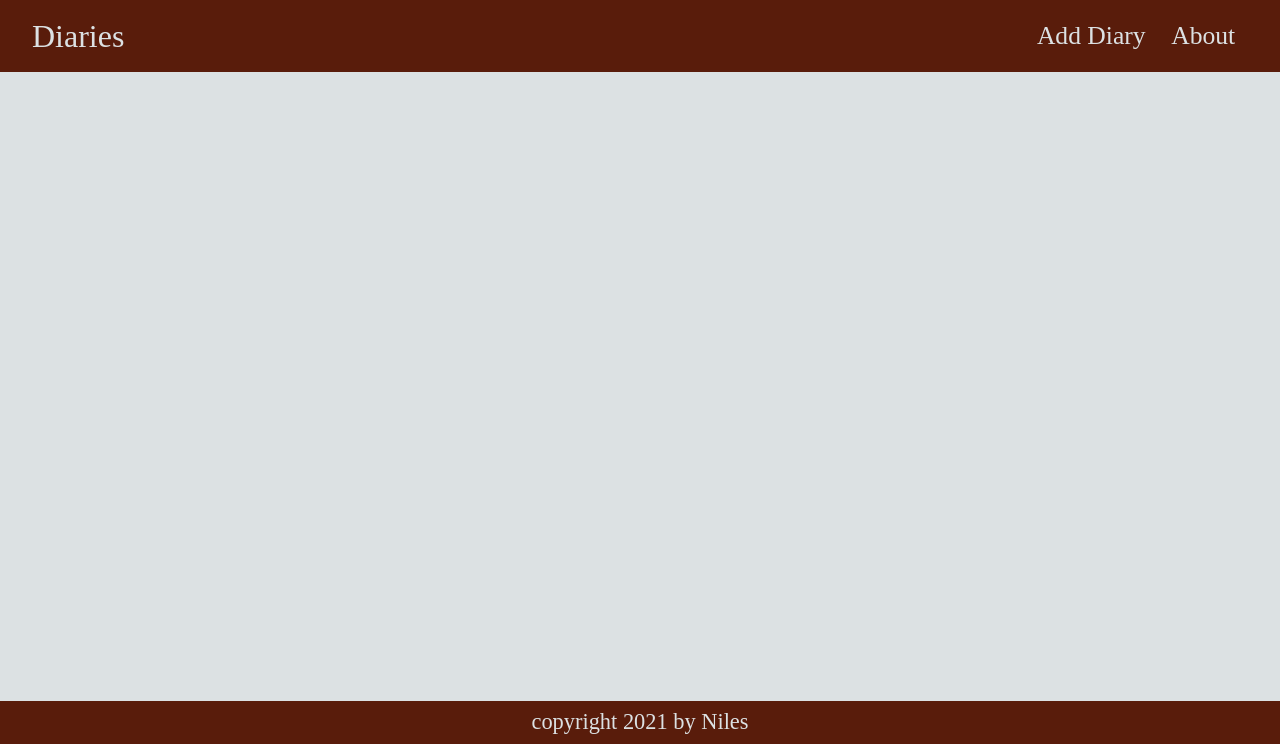
Repository: Tun-Dev/mydiary
Page: /
These files come from the project's save history. The page is drawn as it stood at one moment and after the next save; the edit follows.
The browser window is 1280 px wide. The pictures show the whole page.
The project was rebuilt for these pictures with package versions that can differ from the ones it lists, and the page was loaded fresh each time. Requests to the local data server were answered from the project's data file. Also part of the build but not shown: src/Components/About.js.

Above is the page before, as saved 2021-05-12 14:01:58.

After the next save:
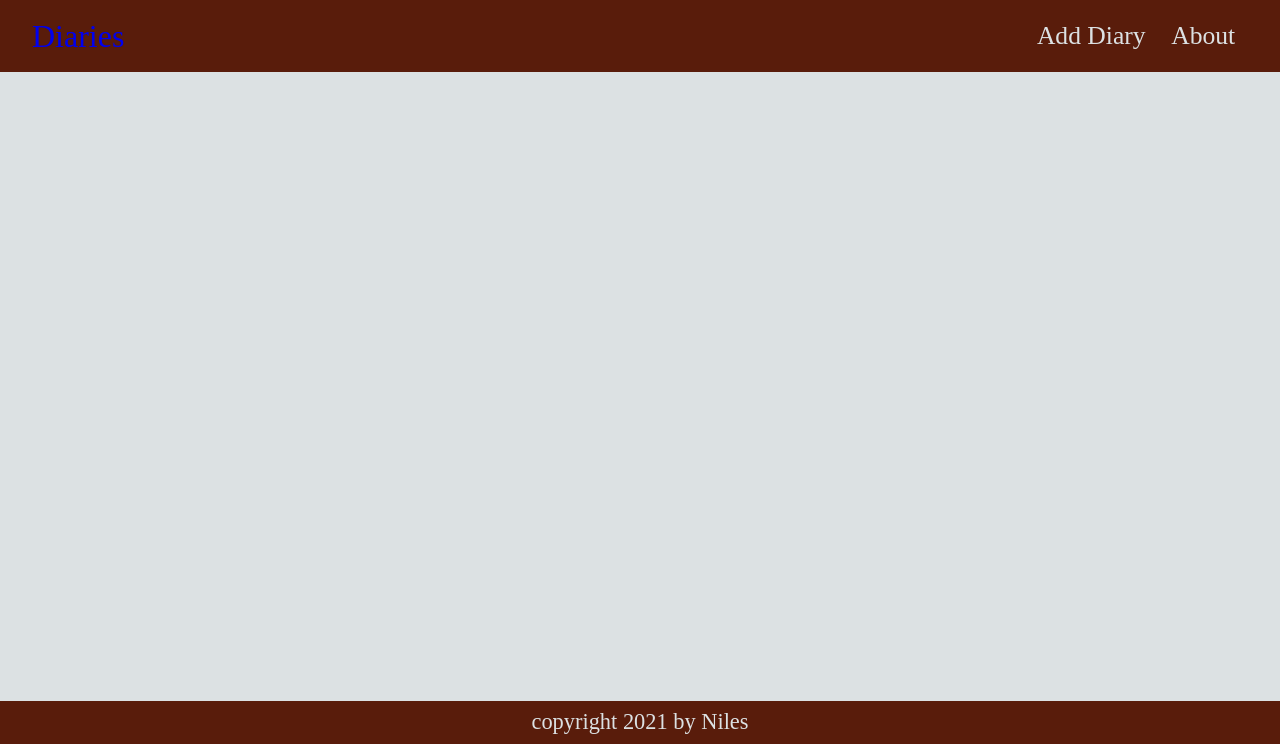
Saved 94 s later.
--- a/src/Layout/Nav.js
+++ b/src/Layout/Nav.js
@@ -7,7 +7,7 @@ const Nav = () => {
         <NavBar>
           <nav>
          <div className="header">
-           Diaries
+           <Link to="/">Diaries</Link>
          </div>
          <ul className="navItens">
            <li><Link to="">Add Diary</Link></li>

After the 2 saves that followed:
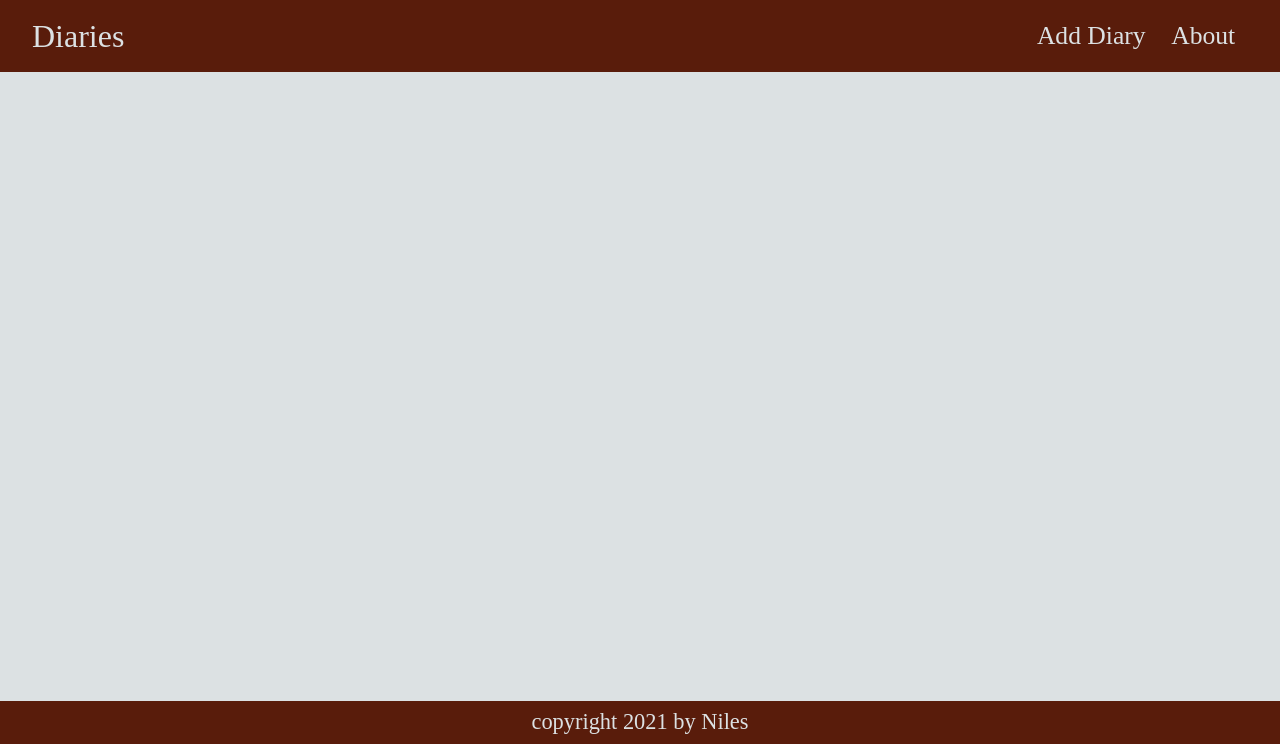
The 2 saves are shown as one change because 1 left the picture as it was.
The last was saved 108 s later.
--- a/src/Layout/Nav.js
+++ b/src/Layout/Nav.js
@@ -24,12 +24,16 @@ const NavBar = styled.div`
     justify-content: space-between;
     align-items: center;
     background-color: #591c0b;
-     height: 10vh;
-     color: #dce1e3;
+    height: 10vh;
+    color: #dce1e3;
 }
 .header {
     margin: 0 2rem;
     font-size: 2rem;
+     color: #dce1e3;
+}
+.header a {
+  color: #dce1e3;
 }
 ul {
     display: flex;
